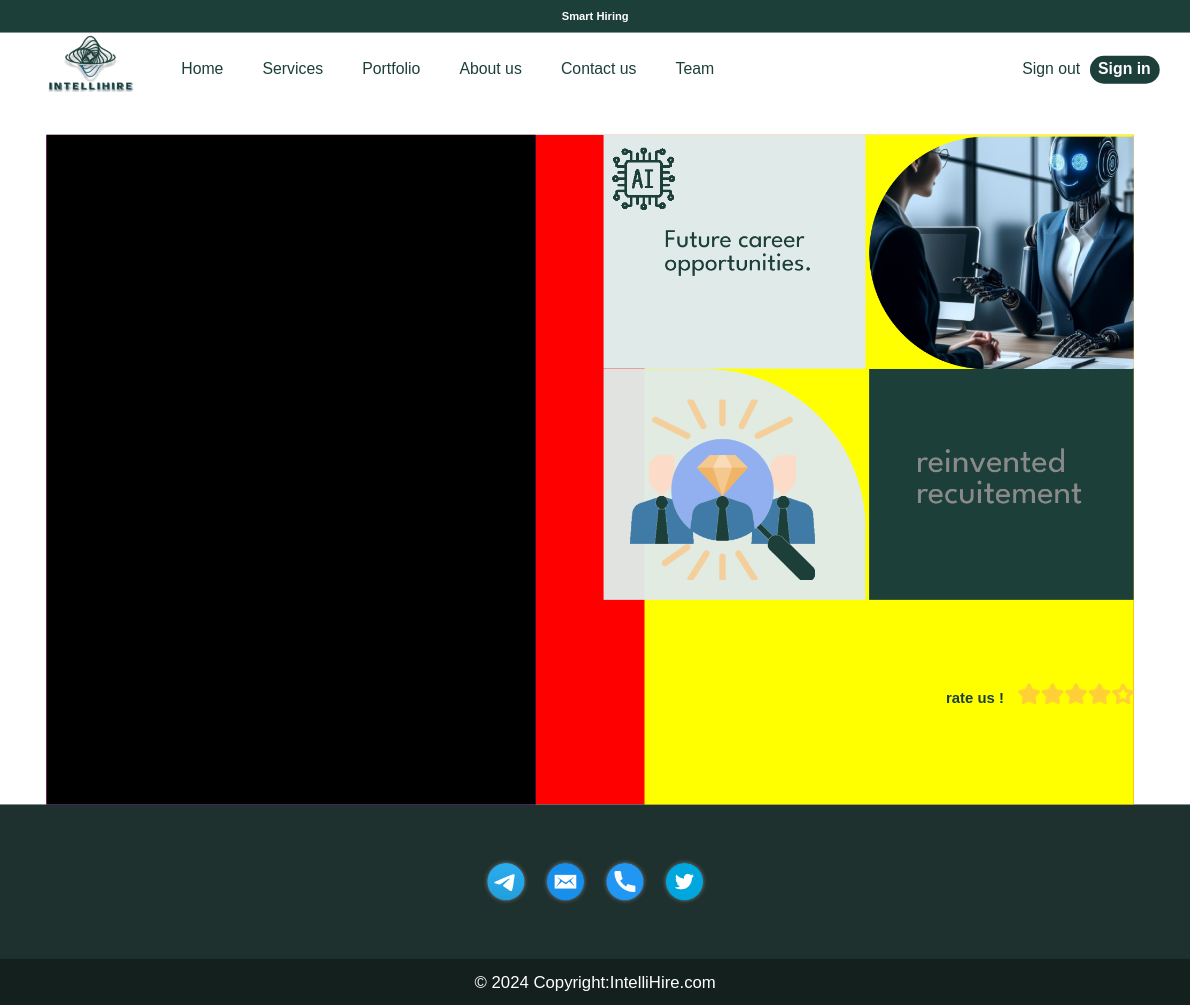
Repository: arijkl/Projet-PFA
Page: HomePage.html
The author's editor kept a copy of each file at every save. The page is drawn from the files as they stood at one save, then again after the next save.
The browser window is 1280 px wide. The pictures show the whole page, at 93% of full size.

Above is the page before, as saved 2024-04-21 23:13:35.

After the next save:
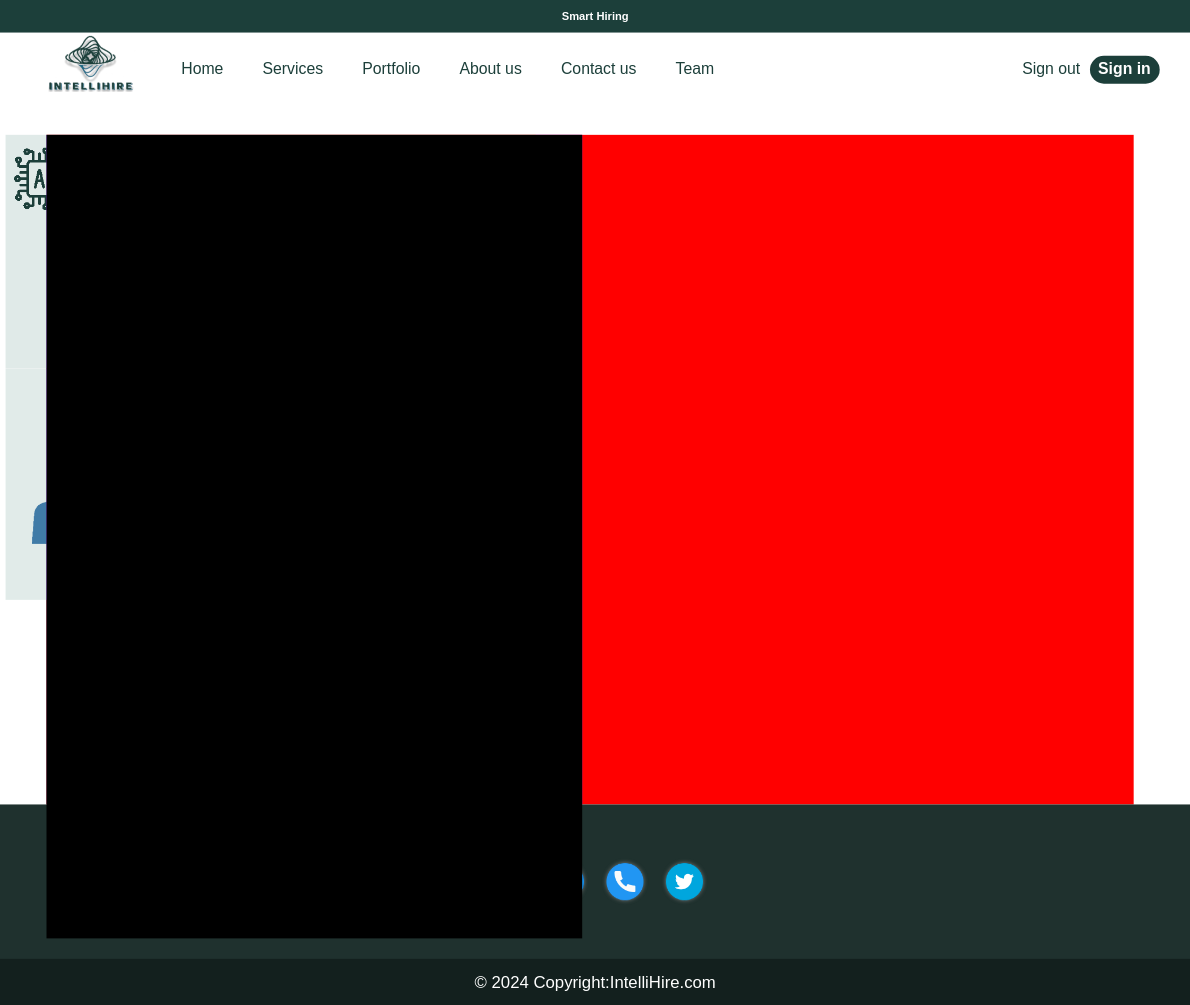
Saved 12 s later.
--- a/HomePage.css
+++ b/HomePage.css
@@ -137,7 +137,7 @@
     display: flex;
     flex-direction: column;
     justify-content:space-between;
-    position: realtive;
+    position: absolute;
     z-index: 8888;
 
 
@@ -147,7 +147,7 @@
     background-color: black;
     height:120% ;
     width:100%;
-    position:relative;
+    position:inherit;
     z-index: -8888;
 }
 /*      right content           */
